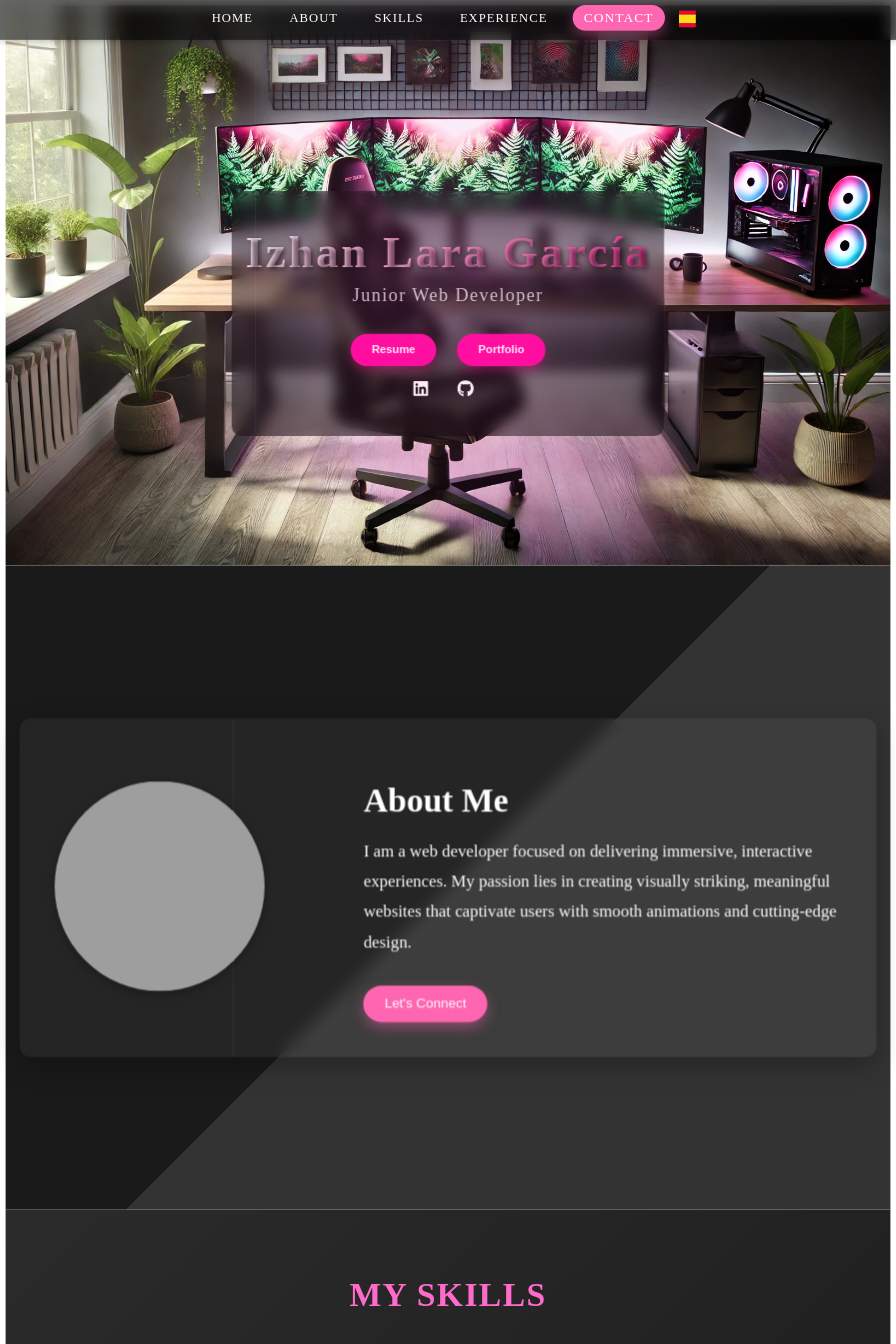
Repository: izhanlaraagarcia/izhanlaraagarcia.github.io
Page: / (app in vite-project/)
The author's editor kept a copy of each file at every save. The page is drawn from the files as they stood at one save, then again after the next save.
The browser window is 1280 px wide. The pictures show the part of the page from y = 0 to 1920 px (the page is 3164 px tall before and 720 px after), at 70% of full size.
Pictures or frames that could not be fetched are drawn as grey boxes. The project was rebuilt for these pictures with package versions that can differ from the ones it lists, and the page was loaded fresh each time. Also part of the build but not shown: vite-project/vite.config.js.

Above is the page before, as saved 2024-09-18 12:21:09.

After the next save:
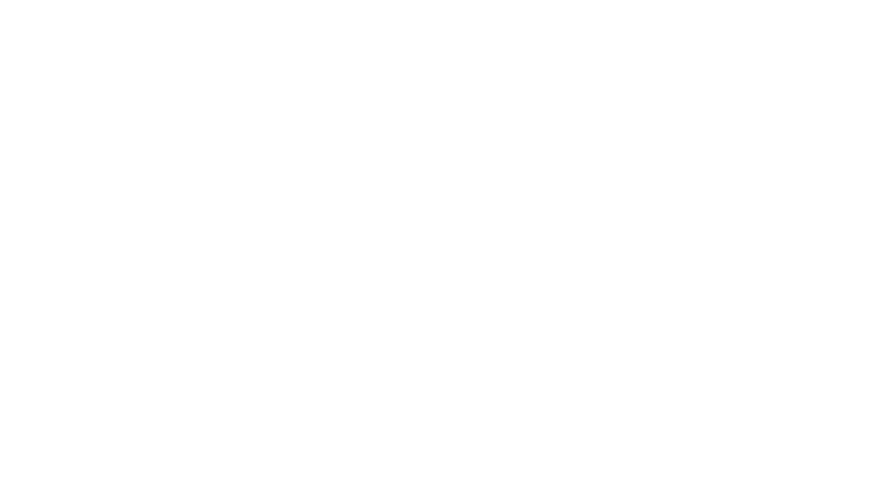
Console error: ReferenceError: motion is not defined
Saved 32 s later.
--- a/vite-project/src/components/AboutComponent.jsx
+++ b/vite-project/src/components/AboutComponent.jsx
@@ -1,39 +1,13 @@
-import React from 'react';
-import { motion } from 'framer-motion';
-
-// Variantes de animación para un efecto impresionante
-const containerVariants = {
-  hidden: { opacity: 0, y: 100 },
-  visible: {
-    opacity: 1,
-    y: 0,
-    transition: { duration: 1.2, ease: "easeOut", when: "beforeChildren", staggerChildren: 0.3 }
-  },
-};
-
-const textVariants = {
-  hidden: { opacity: 0, y: 20 },
-  visible: { opacity: 1, y: 0, transition: { duration: 1, ease: "easeOut" } }
-};
-
-const buttonVariants = {
-  hover: {
-    scale: 1.1,
-    backgroundColor: "#ff66b2",
-    transition: { duration: 0.3, yoyo: Infinity }
-  }
-};
-
 const AboutComponent = ({ language }) => {
   const translations = {
     en: {
       title: "About Me",
-      description: "I am a web developer focused on delivering immersive, interactive experiences. My passion lies in creating visually striking, meaningful websites that captivate users with smooth animations and cutting-edge design.",
+      description: "I am a passionate 21-year-old software developer with a solid programming foundation and a great desire to learn. I'm ready to start my career as a junior developer and eager to apply my skills in a team environment.",
       button: "Let's Connect",
     },
     es: {
       title: "Sobre Mí",
-      description: "Soy un desarrollador web enfocado en crear experiencias inmersivas e interactivas. Mi pasión está en crear sitios web visualmente impactantes y significativos, que cautiven a los usuarios con animaciones fluidas y un diseño innovador.",
+      description: "Soy un apasionado desarrollador de software de 21 años con una sólida base en programación y un gran deseo de aprender. Estoy listo para comenzar mi carrera como desarrollador junior y aplicar mis habilidades en un entorno de equipo.",
       button: "Conectemos",
     },
   };
@@ -48,7 +22,6 @@
         initial="hidden"
         animate="visible"
       >
-        {/* Imagen de perfil con efecto zoom */}
         <motion.div
           className="profile-image-wrapper"
           whileHover={{ scale: 1.05, rotate: 3 }}
@@ -61,12 +34,10 @@
           />
         </motion.div>
 
-        {/* Texto del "About Me" con animación fluida */}
         <motion.div className="about-text" variants={textVariants}>
           <h2 className="about-title">{t.title}</h2>
           <p className="about-description">{t.description}</p>
 
-          {/* Botón de contacto con animación vibrante */}
           <motion.button
             className="contact-btn"
             variants={buttonVariants}

After the 3 saves that followed:
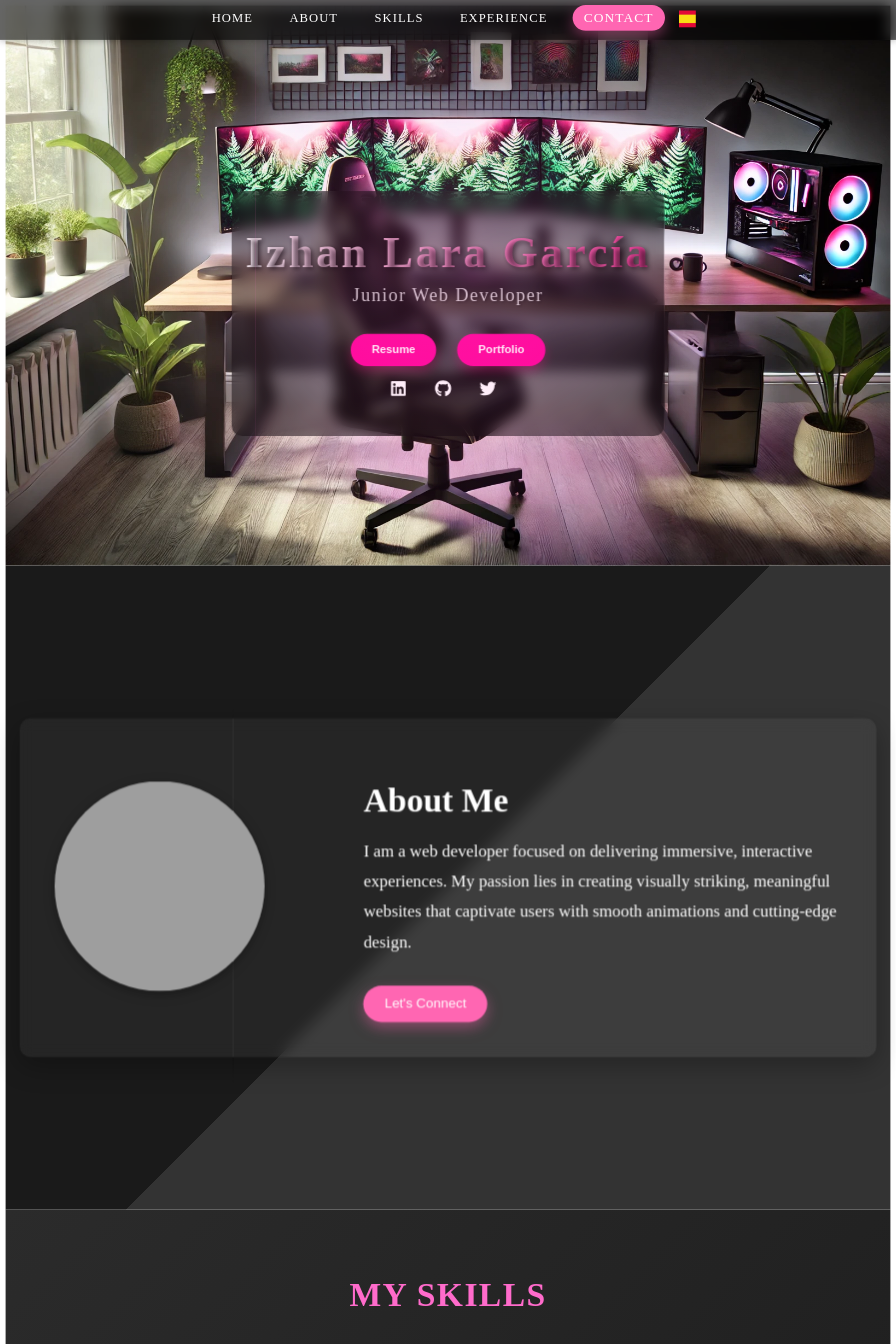
The error is gone.
The 3 saves are shown as one change because 2 left the picture as it was.
The last was saved 60 s later.
--- a/vite-project/src/components/HeaderComponent.jsx
+++ b/vite-project/src/components/HeaderComponent.jsx
@@ -1,7 +1,8 @@
+
 import React, { useState } from 'react';
 import { motion } from 'framer-motion';
 import { Link } from 'react-scroll';
-import { FaLinkedin, FaGithub } from 'react-icons/fa';
+import { FaLinkedin, FaGithub, FaTwitter } from 'react-icons/fa';
 import USFlag from '../assets/us-flag.png';
 import ESFlag from '../assets/es-flag.png';
 import AboutComponent from './AboutComponent';
@@ -105,8 +106,9 @@ const HeaderComponent = () => {
             animate={{ y: 0, opacity: 1 }}
             transition={{ duration: 1, delay: 1 }}
           >
-            <motion.a href="https://www.linkedin.com/in/izhan-lara-garcia" target="_blank" whileHover={{ scale: 1.2 }}><FaLinkedin /></motion.a>
-            <motion.a href="https://github.com/izhanlaraagarcia" target="_blank" whileHover={{ scale: 1.2 }}><FaGithub /></motion.a>
+            <motion.a href="https://linkedin.com" target="_blank" whileHover={{ scale: 1.2 }}><FaLinkedin /></motion.a>
+            <motion.a href="https://github.com" target="_blank" whileHover={{ scale: 1.2 }}><FaGithub /></motion.a>
+            <motion.a href="https://twitter.com" target="_blank" whileHover={{ scale: 1.2 }}><FaTwitter /></motion.a>
           </motion.div>
         </motion.div>
       </header>
--- a/vite-project/src/components/FooterComponent.jsx
+++ b/vite-project/src/components/FooterComponent.jsx
@@ -58,7 +58,7 @@ const FooterComponent = () => {
       </div>
 
       <div className="footer-bottom">
-        <p>&copy; {new Date().getFullYear()} Jason Martin. All Rights Reserved.</p>
+        <p>&copy; {new Date().getFullYear()} Izhan Lara García</p>
       </div>
     </motion.footer>
   );
--- a/vite-project/src/components/AboutComponent.jsx
+++ b/vite-project/src/components/AboutComponent.jsx
@@ -1,13 +1,39 @@
+import React from 'react';
+import { motion } from 'framer-motion';
+
+// Variantes de animación para un efecto impresionante
+const containerVariants = {
+  hidden: { opacity: 0, y: 100 },
+  visible: {
+    opacity: 1,
+    y: 0,
+    transition: { duration: 1.2, ease: "easeOut", when: "beforeChildren", staggerChildren: 0.3 }
+  },
+};
+
+const textVariants = {
+  hidden: { opacity: 0, y: 20 },
+  visible: { opacity: 1, y: 0, transition: { duration: 1, ease: "easeOut" } }
+};
+
+const buttonVariants = {
+  hover: {
+    scale: 1.1,
+    backgroundColor: "#ff66b2",
+    transition: { duration: 0.3, yoyo: Infinity }
+  }
+};
+
 const AboutComponent = ({ language }) => {
   const translations = {
     en: {
       title: "About Me",
-      description: "I am a passionate 21-year-old software developer with a solid programming foundation and a great desire to learn. I'm ready to start my career as a junior developer and eager to apply my skills in a team environment.",
+      description: "I am a web developer focused on delivering immersive, interactive experiences. My passion lies in creating visually striking, meaningful websites that captivate users with smooth animations and cutting-edge design.",
       button: "Let's Connect",
     },
     es: {
       title: "Sobre Mí",
-      description: "Soy un apasionado desarrollador de software de 21 años con una sólida base en programación y un gran deseo de aprender. Estoy listo para comenzar mi carrera como desarrollador junior y aplicar mis habilidades en un entorno de equipo.",
+      description: "Soy un desarrollador web enfocado en crear experiencias inmersivas e interactivas. Mi pasión está en crear sitios web visualmente impactantes y significativos, que cautiven a los usuarios con animaciones fluidas y un diseño innovador.",
       button: "Conectemos",
     },
   };
@@ -22,6 +48,7 @@
         initial="hidden"
         animate="visible"
       >
+        {/* Imagen de perfil con efecto zoom */}
         <motion.div
           className="profile-image-wrapper"
           whileHover={{ scale: 1.05, rotate: 3 }}
@@ -34,10 +61,12 @@
           />
         </motion.div>
 
+        {/* Texto del "About Me" con animación fluida */}
         <motion.div className="about-text" variants={textVariants}>
           <h2 className="about-title">{t.title}</h2>
           <p className="about-description">{t.description}</p>
 
+          {/* Botón de contacto con animación vibrante */}
           <motion.button
             className="contact-btn"
             variants={buttonVariants}
